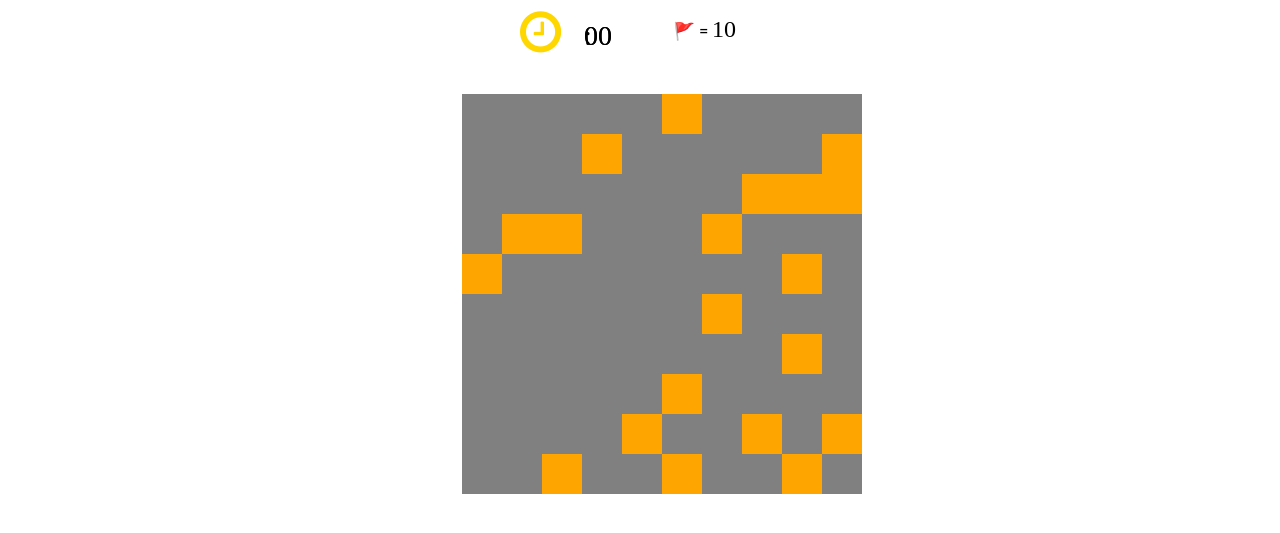
Repository: issaRan/MineSweeper
Page: html/index.html
These files come from the project's save history. The page is drawn as it stood at one moment and after the next save; the edit follows.
The browser window is 1280 px wide. The pictures show the whole page.

Above is the page before, as saved 2020-10-23 17:33:13.

### html/index.html
<!DOCTYPE html>
<html lang="en">
<head>
    <meta charset="UTF-8">
    <meta name="viewport" content="width=device-width, initial-scale=1.0">
    <title>MineSweeper</title>
    <link rel="stylesheet" href="../css/styles.css">
    <link rel="stylesheet" href="https://cdnjs.cloudflare.com/ajax/libs/font-awesome/4.7.0/css/font-awesome.min.css">
    <script src="../js/index.js" charset="utf-8"></script>
</head>
<body>
  <div class="flags">🚩 = </div><div class="numOfFlag">10</div>
  <div class="grid"></div>
  <i class="fa fa-clock-o" ></i>
  <label class="minutes seconds points">00</label><label class="minutes seconds points">:</label><label class="minutes seconds points">00</label>
</body>
</html>

### css/styles.css
.grid {
    height: 400px;
    width: 400px;
    display: flex;
    flex-wrap: wrap;
    background-color: grey;
    position: absolute;
    top: 20%;
    left: 40%;
    margin-top: -50px;
    margin-left: -50px;
    border:1px solid 1px
}
h1{
    position: absolute;
    text-align: center;
}
.fa.fa-clock-o{
    position: absolute;
    font-size:48px;
    margin-left: 40%;
    color:rgb(255,215,0)
}
.grid div {
    border: 5px;
    border-color: #f5f3eb;
    box-sizing: border-box;
    height: 40px;
    width: 40px;
}
.numOfFlag{
    position: absolute;
    margin-left: 55%;
    margin-top: 0.6%;
    font-size: 24px;
}
.flags {
    font-size: larger;
    margin-left: 52%;
    margin-top: 11px;
    position: absolute;
    background-color: #ffffff;
    color: #000000;
    font-family: "Roboto", sans-serif;
    font-size: 17px;
    text-align: center;
    line-height: 1.5em;
}
.bomb {
    background-color: orange;
}
.checked{
    background-color: red;
}
.seconds{
    margin-left: 46%;
}
.minutes {
    margin-left: 44%;
}
.points {
    margin-left: 45%;
}
.minutes.seconds.points{
    position: absolute;
    top: 20px;
    font-size: 28px;
}

### js/index.js
document.addEventListener('DOMContentLoaded',()=>{
    const grid = document.querySelector('.grid')
    let width = 10
    let flag = 10
    let squares = []
    let isGameOver = false
    let bombAamount = 20
    function createBoard(){
        const bombArray = Array(bombAamount).fill('bomb')
        const emptyArray = Array(width*width - bombAamount).fill('valid')
        const gameArray = emptyArray.concat(bombArray)
        const shuffledArray = gameArray.sort(()=> Math.random() -0.5)
        for(let i = 0; i < width*width;i++){
            const sqaure = document.createElement('div')
            sqaure.setAttribute('id',i)
            sqaure.classList.add(shuffledArray[i])
            grid.appendChild(sqaure)
            squares.push(sqaure)
            sqaure.addEventListener('click',(e)=>{
                click(sqaure)
            })
            sqaure.oncontextmenu = function(e){
                e.preventDefault()
                addFlag(sqaure)
            }
        }
        for (let i = 0; i < squares.length; i++) {
            let total = 0
            const isLeftEdge = (i % width === 0)
            const isRightEdge = (i % width === width -1)

            if (squares[i].classList.contains('valid')) {
              if (i > 0 && !isLeftEdge && squares[i -1].classList.contains('bomb')) total ++
              if (i > 9 && !isRightEdge && squares[i + 1 -width].classList.contains('bomb')) total ++
              if (i > 10 && squares[i -width].classList.contains('bomb')) total ++
              if (i > 11 && !isLeftEdge && squares[i -1 -width].classList.contains('bomb')) total ++
              if (i < 98 && !isRightEdge && squares[i +1].classList.contains('bomb')) total ++
              if (i < 90 && !isLeftEdge && squares[i -1 +width].classList.contains('bomb')) total ++
              if (i < 88 && !isRightEdge && squares[i +1 +width].classList.contains('bomb')) total ++
              if (i < 89 && squares[i +width].classList.contains('bomb')) total ++
              squares[i].setAttribute('data', total)
            }
        }
    }
    createBoard()
    function click(square){
        let currentId = square.id
        if(isGameOver) return
        if(square.classList.contains('checked') || square.classList.contains('flag')){
            return
        }
        if(square.classList.contains('bomb')){
            gameOver(square)
        }else{
            let total = square.getAttribute('data')
            if(total != 0){
                square.classList.add('checked')
                square.innerHTML = total
                return
            }
            checkSquare(square,currentId)
        }
        square.classList.add('checked')

    }
    function checkSquare(square,currentId){
        const isLeftEdge = (currentId % width === 0)
        const isRightEdge = (currentId % width === width -1)
        setTimeout(()=>{
            if (currentId > 0 && !isLeftEdge) {
                const newId = squares[parseInt(currentId) -1].id
                //const newId = parseInt(currentId) - 1   ....refactor
                const newSquare = document.getElementById(newId)
                click(newSquare)
              }
              if (currentId > 9 && !isRightEdge) {
                const newId = squares[parseInt(currentId) +1 -width].id
                //const newId = parseInt(currentId) +1 -width   ....refactor
                const newSquare = document.getElementById(newId)
                click(newSquare)
              }
              if (currentId > 10) {
                const newId = squares[parseInt(currentId -width)].id
                const newSquare = document.getElementById(newId)
                click(newSquare)
              }
              if (currentId > 11 && !isLeftEdge) {
                const newId = squares[parseInt(currentId) -1 -width].id

                const newSquare = document.getElementById(newId)
                click(newSquare)
              }
              if (currentId < 98 && !isRightEdge) {
                const newId = squares[parseInt(currentId) +1].id
                const newSquare = document.getElementById(newId)
                click(newSquare)
              }
              if (currentId < 90 && !isLeftEdge) {
                const newId = squares[parseInt(currentId) -1 +width].id
                const newSquare = document.getElementById(newId)
                click(newSquare)
              }
              if (currentId < 88 && !isRightEdge) {
                const newId = squares[parseInt(currentId) +1 +width].id
                const newSquare = document.getElementById(newId)
                click(newSquare)
              }
              if (currentId < 89) {
                const newId = squares[parseInt(currentId) +width].id
                const newSquare = document.getElementById(newId)
                click(newSquare)
              }
        },10)
    }
    function gameOver(square){
        console.log("Boom !")
        isGameOver = true
        squares.forEach(square=> {
            if(square.classList.contains('bomb')){
                square.innerHTML = '💣'
            }
        })
    }
    function addFlag(square){
        if(isGameOver) return
        if(!square.classList.contains('checked') && (flag >= 0)) {
            var c = document.querySelector('.numOfFlag')
            if(!square.classList.contains('flag')){
                square.classList.add('flag')
                square.innerHTML = ' 🚩'
                checkForWin()
                flag--;
                c.textContent = flag
            }else{
                square.classList.remove('flag')
                square.innerHTML = ''
                flag++;
                c.textContent = flag
            }
        }
    }
    function checkForWin(){
        let matches = 0
        for(let i = 0; i < squares.length;i++){
            if(squares[i].classList.contains('flag') && squares[i].classList.contains('bomb')){
                matches++
            }
            if(matches == bombAamount){
                isGameOver = true
                console.log('You Win !')
            }
        }
    }
})

After the next save:
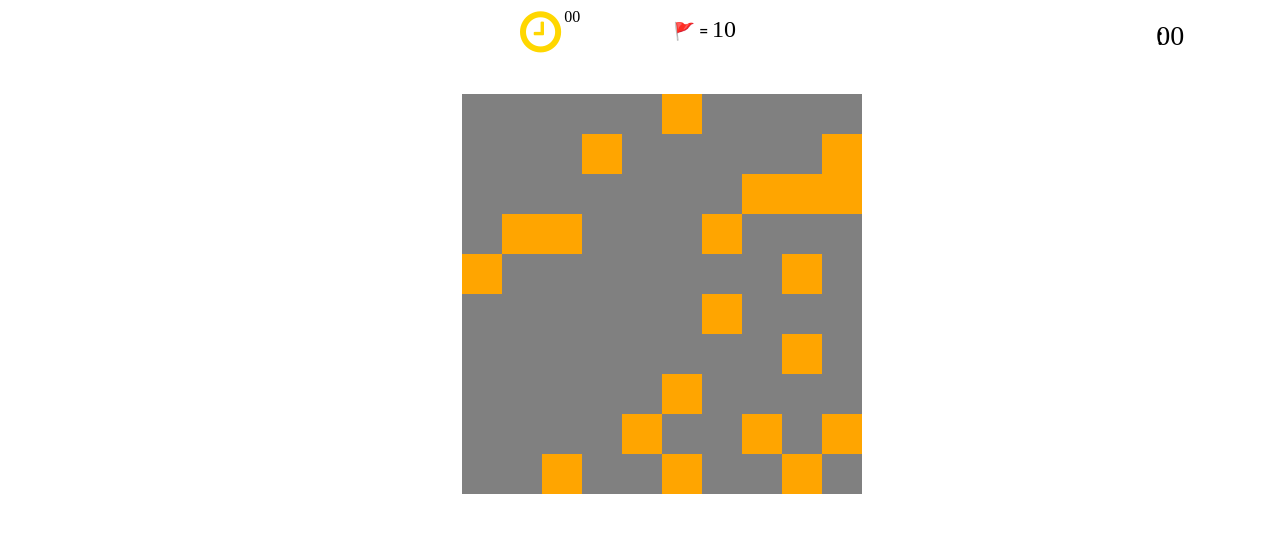
Saved 75 s later.
--- a/html/index.html
+++ b/html/index.html
@@ -12,6 +12,6 @@
   <div class="flags">🚩 = </div><div class="numOfFlag">10</div>
   <div class="grid"></div>
   <i class="fa fa-clock-o" ></i>
-  <label class="minutes seconds points">00</label><label class="minutes seconds points">:</label><label class="minutes seconds points">00</label>
+  <label class="minutes">00</label><label class="minutes seconds points">:</label><label class="minutes seconds points">00</label>
 </body>
 </html>

After the save that followed:
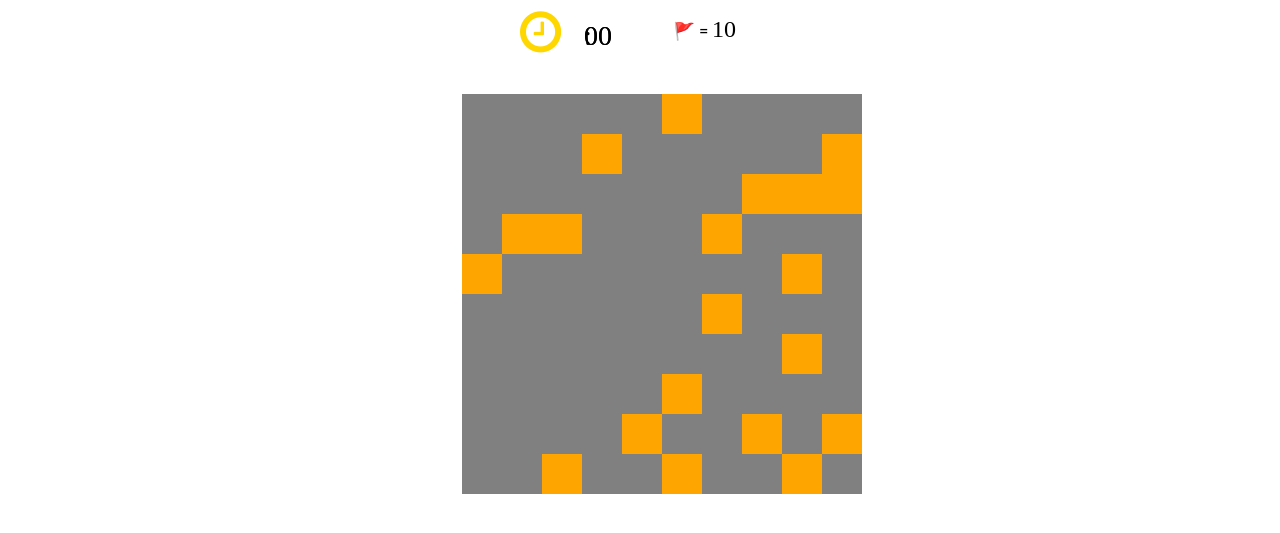
Saved 21 s later.
--- a/html/index.html
+++ b/html/index.html
@@ -12,6 +12,6 @@
   <div class="flags">🚩 = </div><div class="numOfFlag">10</div>
   <div class="grid"></div>
   <i class="fa fa-clock-o" ></i>
-  <label class="minutes">00</label><label class="minutes seconds points">:</label><label class="minutes seconds points">00</label>
+  <label class="minutes seconds points">00</label><label class="minutes seconds points">:</label><label class="minutes seconds points">00</label>
 </body>
 </html>
